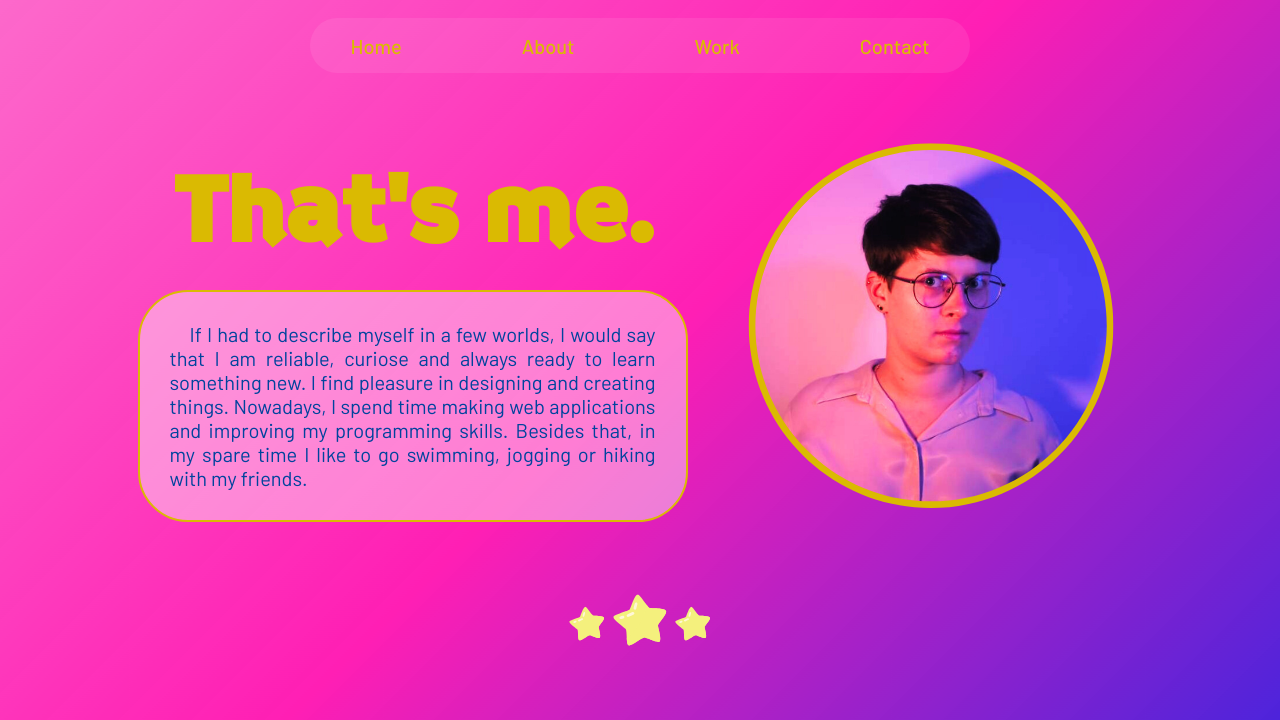
Repository: JJonka/portfolio_site
Page: /about
These files come from the project's save history. The page is drawn as it stood at one moment and after the next save; the edit follows.
The browser window is 1280 px wide. The pictures show the whole page.
The project was rebuilt for these pictures with package versions that can differ from the ones it lists, and the page was loaded fresh each time. Also part of the build but not shown: vite.config.ts, src/pages/HomePage.tsx, src/components/LogoIcon.module.scss, src/components/LogoIcon.tsx, src/pages/Contact.tsx, src/pages/Work.module.scss, src/pages/Work.tsx.

Above is the page before, as saved 2023-10-08 12:17:06.

After the next save:
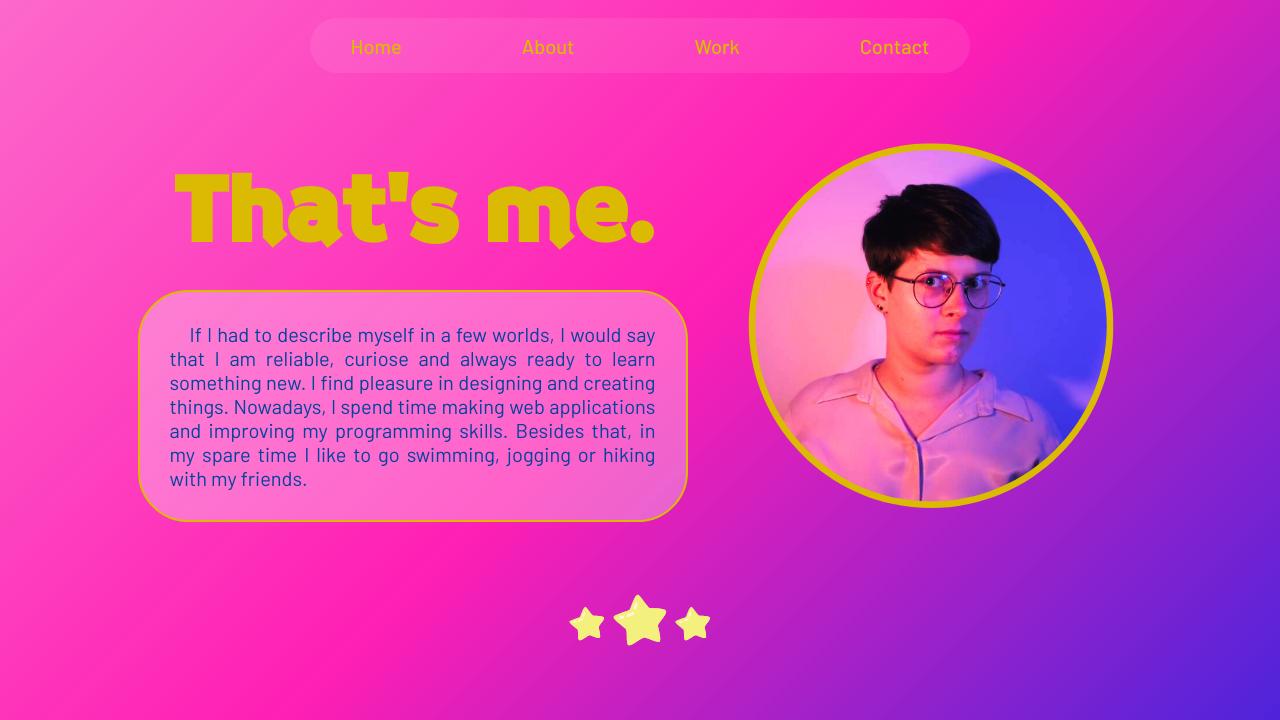
Saved 2 min 2 s later.
--- a/src/pages/About.module.scss
+++ b/src/pages/About.module.scss
@@ -52,7 +52,7 @@
 }
 
 .box {
-    background-color: rgba(255, 255, 255, 0.419);
+    background-color: rgba(255, 255, 255, 0.303);
     border-color: var(--main-color);
     border-radius: 50px;
     border-style: solid;
